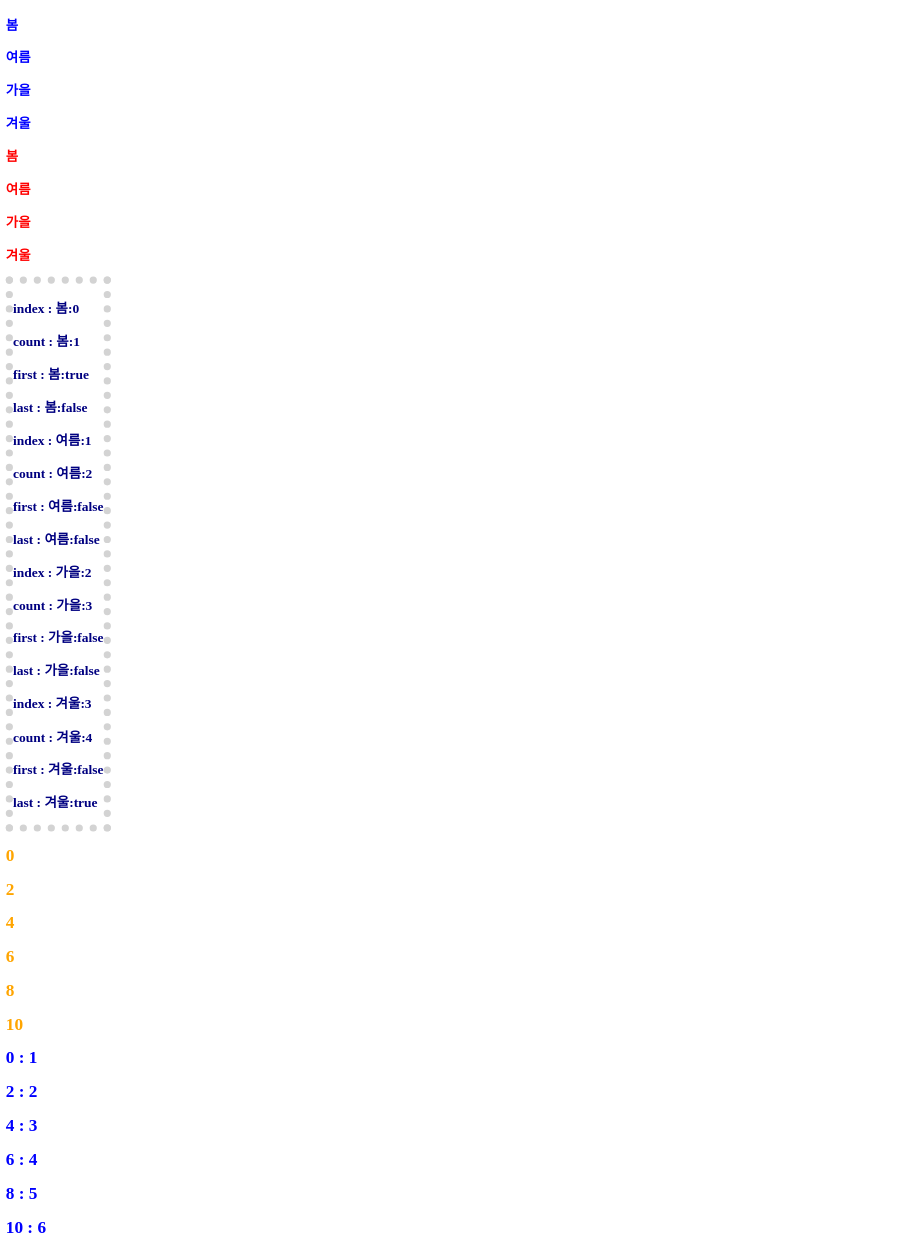
Repository: UnibusK/Java-Study
Page: http://localhost/JSP31/
These files come from the project's save history. The page is drawn as it stood at one moment and after the next save; the edit follows.
The browser window is 1280 px wide. The pictures show the whole page, at 72% of full size.
The page is served by Tomcat 9.

Above is the page before, as saved 2023-12-07 06:28:19.

### JSP/JSP31/src/main/webapp/index.jsp
<%@ page language="java" contentType="text/html; charset=UTF-8"
    pageEncoding="UTF-8"%>
<%@ taglib uri="http://java.sun.com/jsp/jstl/core" prefix="c" %>
<!DOCTYPE html>
<html>
	<head>
		<meta charset="UTF-8">
		<title>JSTL 반복문(for문)</title>
	</head>
	<body>
		<%
			String[] season={"봄", "여름", "가을", "겨울"};
			//일반 for문 방식
			for(int i=0; i<season.length; i++){
				out.print("<h3 style='color:blue';>"+season[i]+"</h3>");
			}

			//향상된 for문(improved for)
			for(String str:season){
				%><h3 style='color:red;'><%=str %></h3><%
			}
			pageContext.setAttribute("arr",season);
		%>
		<!-- varStatus : JSTL forEach가 가동되는 동안 var 변수의 상태를 저장해둔 객체 -->
		<!-- varStatue.index : 0번부터 length-1까지 존재하는 고유 번호 배열번호-->
		<!-- varStatue.count : 반복 횟수를 알려주는 필드, 1부터 시작 -->
		<!-- varStatue.first : 최초의 데이터 인지를 판별, 값은 boolean을 가지고 있음 -->
		<!-- varStatue.last : 최후의 데이터 인지를 판별, 값은 boolean을 갖고 있음 -->
		<c:forEach var="str" items="${arr }" varStatus="iter">
			<c:if test="${iter.first }">
				<div style="border:10px dotted lightgray; width:max-content;">
			</c:if>
			<!-- index -->
			<h3 style='color:navy;'>index : ${str }:${iter.index }</h3>
			<!-- count -->
			<h3 style='color:navy;'>count : ${str }:${iter.count }</h3>
			<!-- first -->
			<h3 style='color:navy;'>first : ${str }:${iter.first }</h3>
			<!-- last -->
			<h3 style='color:navy;'>last : ${str }:${iter.last }</h3>
			<c:if test="${iter.last }">
				</div>
			</c:if>
		</c:forEach>

		<%
			for(int i=0; i<=10; i+=2){
				out.print("<H2 style='color:orange'>"+i+"</h2>");
			}
		%>
		<c:forEach var="i" begin="0" end="10" step="2" varStatus="iter">
			<h2 style='color:blue;'>${i } : ${iter.count }</h2>
		</c:forEach>
	</body>
</html>

After the next save:
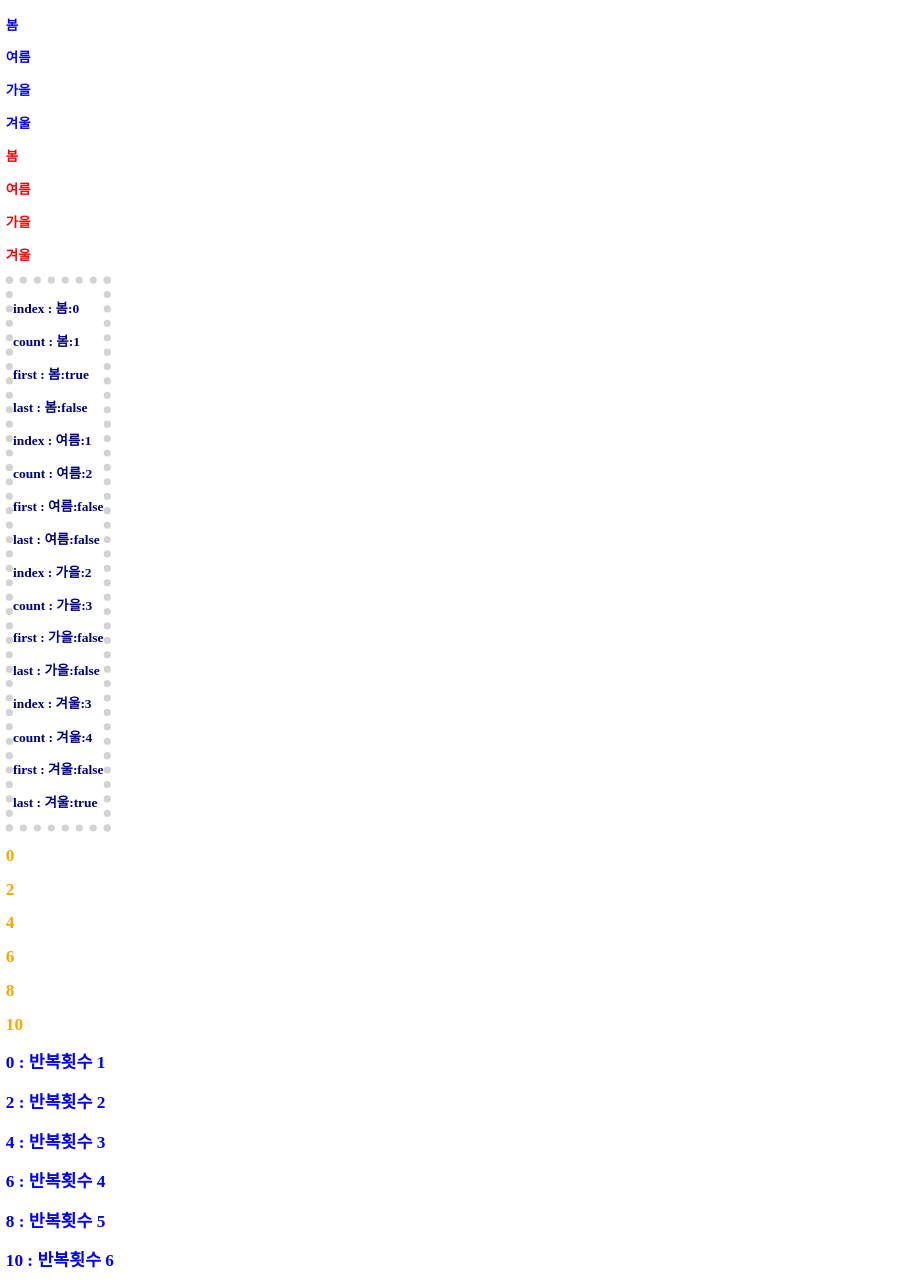
Saved 11 s later.
--- a/JSP/JSP31/src/main/webapp/index.jsp
+++ b/JSP/JSP31/src/main/webapp/index.jsp
@@ -49,7 +49,7 @@
 			}
 		%>
 		<c:forEach var="i" begin="0" end="10" step="2" varStatus="iter">
-			<h2 style='color:blue;'>${i } : ${iter.count }</h2>
+			<h2 style='color:blue;'>${i } : 반복횟수 ${iter.count }</h2>
 		</c:forEach>
 	</body>
 </html>
